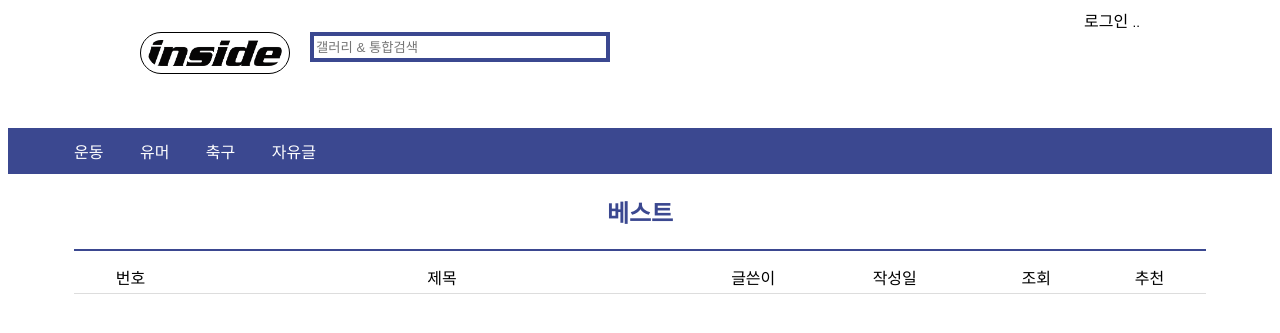
Repository: inhoo123/backup
Page: http://localhost/community-inside/index
The author's editor kept a copy of each file at every save. The page is drawn from the files as they stood at one save, then again after the next save.
The browser window is 1280 px wide. The pictures show the whole page.
Some web fonts or font styles are not loaded; a fallback is used. The page is served by Tomcat 10. Other server files are loaded and not shown.

Above is the page before, as saved 2024-06-27 04:03:56.

### web-workspace/community-inside/src/main/webapp/WEB-INF/view/index.jsp
<%@ page language="java" contentType="text/html; charset=UTF-8"
	pageEncoding="UTF-8"%>
<%@ page trimDirectiveWhitespaces="true"%>
<%@ taglib prefix="c" uri="http://java.sun.com/jsp/jstl/core"%>
<!DOCTYPE html>
<html>
<head>
<meta charset="UTF-8">
<title>${category}갤러리</title>
<link rel="stylesheet"
	href="${pageContext.servletContext.contextPath }/css/style.css?<%=System.currentTimeMillis() %>" />
</head>
<body>

	<%@ include file="/WEB-INF/view/common/header.jsp"%>
	<div class="container px-1"></div>
	<div class="container px-1">
		<div style="text-align: center;">
			<h2 style="color: #3b4890; font-weight: 700;">베스트</h2>
			<div style="margin-top: 10px; text-align: right;">


			</div>
			<table class="default-table">
				<thead>
					<tr class="border-bottom">
					<hr width = "100%" color = "#3b4890" size = "2">
						<th style="width: 10%">번호</th>
						<th>제목</th>
						<th style="width: 10%">글쓴이</th>
						<th style="width: 15%">작성일</th>
						<th style="width: 10%">조회</th>
						<th style="width: 10%">추천</th>

					</tr>
				</thead>
				<tbody>
					<div>
						<c:forEach items="${post}" var="one" >
							<tr style="border-bottom: 1px solid #ddd; height: 30px;">


								<td><a
									href="${pageContext.servletContext.contextPath }/posts/view?no=${one.no}"
									class="no-deco-link">${one.no } </a></td>
								<td><a
									href="${pageContext.servletContext.contextPath }/posts/view?no=${one.no}"
									class="no-deco-link">${one.title } </a></td>
								<td class="text-center">${one.writerId}</td>
								<td class="text-center">${one.writedAt}</td>
								<td class="text-center">${one.viewCount}</td>
								<td class="text-center">${one.likes}</td>


							</tr>
						</c:forEach>
					</div>
				</tbody>

			</table>
			<div style="text-align: center; margin-top: 30px">
				<c:forEach begin="1" end="${totalPages }" var="i">
					<c:choose>
						<c:when test="${i == currentPage }">
							<b style="color: red">${i }</b>
						</c:when>
						<c:otherwise>
							<a
								href="${pageContext.servletContext.contextPath }/index?p=${i}">${i }</a>
						</c:otherwise>
					</c:choose>
				</c:forEach>
			</div>

		</div>
	</div>

</body>
</html>

### web-workspace/community-inside/src/main/webapp/WEB-INF/view/common/header.jsp
<%@ page language="java" contentType="text/html; charset=UTF-8"
	pageEncoding="UTF-8"%>
<%@ taglib prefix="c" uri="http://java.sun.com/jsp/jstl/core"%>

<div class="dchead">

	<!-- links -->
	<div style="display: flex; justify-content: flex-end; gap: 2px;">
		<c:choose>
			<c:when test="${sessionScope.authUser == null }">
				<div>
					<a href="${pageContext.servletContext.contextPath }/login"
						>로그인 <small>..</small></a>
				</div>
			</c:when>
			<c:otherwise>
				<div>
					<a href="${pageContext.servletContext.contextPath }/login"
						> ${sessionScope.authUser.name }님 </a> <a
						href="${pageContext.servletContext.contextPath }/login"
						> 로그아웃</a>
				</div>
			</c:otherwise>
		</c:choose>
	</div>
	<!-- logo & searchbar -->
	<div
		style="display: flex;  gap: 20px;">

		<a href="${pageContext.servletContext.contextPath }/index"> <img
			src="${pageContext.servletContext.contextPath }/image/inside.png"
			style="border: 1px solid black; padding: 7px; width: 150px; background-color: white; border-radius: 32px;" />
		</a>
		<div >
					<form action="${pageContext.servletContext.contextPath }/search/view">
						<input class="search" type="text" placeholder="갤러리 & 통합검색" name="q"
							style="width: 300px;" value="${param.q }" />
					</form>
		</div>


	</div>
</div>
<div class="gnb_bar">
<div class="container px-1">
<div style="text-align: left;">
	<a href="${pageContext.servletContext.contextPath }/list/category?category=운동"
		><span style="color:white;  font-weight: 550;">운동</span></a>


		<a href="${pageContext.servletContext.contextPath }/list/category?category=유머"
		><span style="color:white;  font-weight: 550;">&emsp;&emsp;유머</span></a>


		<a href="${pageContext.servletContext.contextPath }/list/category?=category=축구"
		><span style="color:white;  font-weight: 550;">&emsp;&emsp;축구</span></a>


		<a href="${pageContext.servletContext.contextPath }/list/category?=자유글"
		><span  style="color:white;  font-weight: 550;">&emsp;&emsp;자유글</span></a>
		</div>
		</div>
</div>
<!-- 네비게이션 -->

### web-workspace/community-inside/src/main/java/controller/IndexController.java
package controller;

import java.io.IOException;

import jakarta.servlet.ServletException;
import jakarta.servlet.annotation.WebServlet;
import jakarta.servlet.http.HttpServlet;
import jakarta.servlet.http.HttpServletRequest;
import jakarta.servlet.http.HttpServletResponse;
import model.dao.PostDao;
import model.vo.Post;

@WebServlet("/index")
public class IndexController extends HttpServlet {
	@Override
	protected void doGet(HttpServletRequest request, HttpServletResponse response)
			throws ServletException, IOException {

		try {
			// =======================카테고리=======================================

//			PostDao postDao = new PostDao();
//			Post categorys = (Post) postDao.findByCategroyPosts(category);
//			request.setAttribute("categorys", categorys);
			// =======================================================================
				request.getRequestDispatcher("/WEB-INF/view/index.jsp").forward(request, response);


		} catch (Exception e) {
			e.printStackTrace();
		}
	}
}

### web-workspace/community-inside/src/main/webapp/css/style.css
@charset "UTF-8";

@import
	url('https://fonts.googleapis.com/css2?family=Nanum+Gothic&display=swap');

* {
	font-family: "Nanum Gothic", sans-serif;
  font-weight: 400;
  font-style: normal;
  box-sizing: border-box;
}

h1, h2, h3, h4, h5, h6 {
	font-weight: lighter;
}

.gnb_bar2 {
    position: relative;
    min-width: 1050px;
    background-color: #3b4890;
    border: 1px solid #3b4890;
    border-width: 1px 0 1px 0;
    padding: 10px;
}

.top{
	padding-top:100px;

}

.aa{
    font-size: 12px;
    font-family: -apple-system,BlinkMacSystemFont,"Apple SD Gothic Neo","Malgun Gothic","맑은 고딕",arial,Dotum,돋움,sans-serif;
    margin: 0;
    padding: 0;
    vertical-align: baseline;
    background: transparent;
    font-style: normal;
    position: relative;
    min-width: 1050px;
    background-color: #3b4890;
    border: 1px solid #3b4890;
    border-width: 1px 0 1px 0;
}
.gnb_bar {
    position: relative;
    min-width: 1050px;
    background-color: #3b4890;
    border: 1px solid #3b4890;
    border-width: 1px 0 1px 0;
    padding: 10px;
}

center{
	margin: 0 auto;

}


.search{
	height: 30px;
	width: 400px;
	border: 4px solid #3b4890;
	background: #ffffff;
}



.dc_logo {
    overflow: hidden;
    position: absolute;
    top: 20px;
    left: -43px;
    text-align: center;
}
.dchead {
    position: relative;
    width: 1000px;
    height: 120px;
    margin: 0 auto;
}

body {
	min-width: 960px;
}

.no-deco-link {
	color: #444;
	text-decoration: none;
}

.fs-small {
	font-size: 0.8rem;
}

.fs-large {
	font-size: 1.2rem;
}

.srch-bar {
	padding: 12px;
	border-radius: 12px;
	font-size: 1.1rem;
	width: 480px;
}

.login-input {
	padding: 16px;
	border: 1px solid #ddd;
	width: 100%;
	box-sizing: border-box;
	font-size: 1.25rem;
	border-radius: 20px;
}

/* table css ======================================== */
.default-table {
	border-collapse: collapse;
	width: 100%;
	margin-top:10px;
}
.border-bottom {
	border-bottom: 1px solid #ddd;
}
.default-table td, .default-table th {
	padding : 4px;
}
.text-center {
	text-align: center;
}



a {
	text-decoration: none;
}

input:focus {
	outline: none;
}

textare:focus, textarea:active {
	outline: none;
}

button:hover {
	background-color: #ddd;
	cursor: pointer;
}

button:active {
	background-color: #ccc;
	cursor: pointer;
}

/* 영역 사이즈 클래스 */
.container {
	width: 1140px;
	margin: auto;
}
.container2 {
	width: 1500px;
	margin: auto;
}

.wrap-md {
	width: 720px;
	margin: auto;
}

.wrap-sm {
	width: 540px;
	margin: auto;
}

.wrap-x-sm {
	width: 360px;
	margin: auto;
}

.d-flex {
	display: flex;
}

.space-between {
	justify-content: space-between;
}

/* 컴포넌트 너비 클래스 */
.w-50 {
	width: 50%;
}

.w-100 {
	width: 100%;
}
/* 컴포넌트 테두리 클래스 */
.border {
	border: 1px solid #999;
}

.border-rounded {
	border: 1px solid #999;
	border-radius: 4px;
}

/* 글씨 정렬 클래스 */
.text-left {
	text-align: left;
}

.text-center {
	text-align: center;
}

.text-right {
	text-align: right;
}

/* 글씨 색상 클래스 */
.warning {
	color: orangered;
}

.info {
	color: limegreen;
}


/* 뱃지 클래스 */
.badge-info {
	background-color:  limegreen;
	color: white;
	padding : 4px 8px;
	border-radius: 4px;
}
.badge-warning {
	background-color:  orangered;
	color: white;
	padding : 4px 8px;
	border-radius: 4px;
}
.badge-dark {
	background-color:  #333333;
	color: white;
	padding : 4px 8px;
	border-radius: 4px;
}


.fs-1 {
	font-size: 2rem;
}

.fs-2 {
	font-size: 1.5rem;
}

.fs-3 {
	font-size: 1.17rem;
}

.fs-4 {
	font-size: 1.0rem;
}

.fs-5 {
	font-size: 0.8rem;
}

.fs-6 {
	font-size: 0.65rem;
}
/* 글씨 색상 */

/* 기본 패딩 클래스 */
.p-1 {
	padding: 4px;
}

.p-2 {
	padding: 8px;
}

.p-3 {
	padding: 12px;
}

.p-4 {
	padding: 16px;
}

.p-5 {
	padding: 20px;
}

.px-1 {
	padding-left: 4px;
	padding-right: 4px;
}

.px-2 {
	padding-left: 8px;
	padding-right: 8px;
}

.px-3 {
	padding-left: 12px;
	padding-right: 12px;
}

.px-4 {
	padding-left: 16px;
	padding-right: 16px;
}

.px-5 {
	padding-left: 20px;
	padding-right: 20px;
}

/* 기본 마진 클래스 */
.mx-1 {
	margin: auto 4px;
}

.mx-2 {
	margin: auto 8px;
}

.mx-3 {
	margin: auto 12px;
}

.mx-4 {
	margin: auto 16px;
}

.mx-5 {
	margin: auto 20px;
}

.my-1 {
	margin: 4px auto;
}

.my-2 {
	margin: 8px auto;
}

.my-3 {
	margin: 12px auto;
}

.my-4 {
	margin: 16px auto;
}

.my-5 {
	margin: 20px auto;
}
/*
.item {
	box-shadow: 1px 2px 4px 1px #888888;
}
*/
.item:hover {
	background-color: #eee;
}

a {
	text-decoration: none;
	color: black;
}
.search {
  position: relative;
  width: 300px;
}

h1, h2, h3, h4, h5, h6 {
	font-weight: lighter;
}

body {
	min-width: 960px;
}

.no-deco-link {
	color: #444;
	text-decoration: none;
}

.fs-small {
	font-size: 0.8rem;
}

.fs-large {
	font-size: 1.2rem;
}

.srch-bar {
	padding: 12px;
	border-radius: 12px;
	font-size: 1.1rem;
	width: 480px;
}

.login-input {
	padding: 16px;
	border: 1px solid #ddd;
	width: 100%;
	box-sizing: border-box;
	font-size: 1.25rem;

}

.login-input2 {
	padding: 16px;
	border: 1px solid #ddd;
	background-color: #3b4890;
	width: 100%;
	box-sizing: border-box;
	font-size: 1.25rem;
	color:white;
}


/* table css ======================================== */
.default-table {
	border-collapse: collapse;
	width: 100%;
	margin-top:10px;
}
.border-bottom {
	border-bottom: 1px solid #ddd;
}
.default-table td, .default-table th {
	padding : 4px;
}
.text-center {
	text-align: center;
}

After the next save:
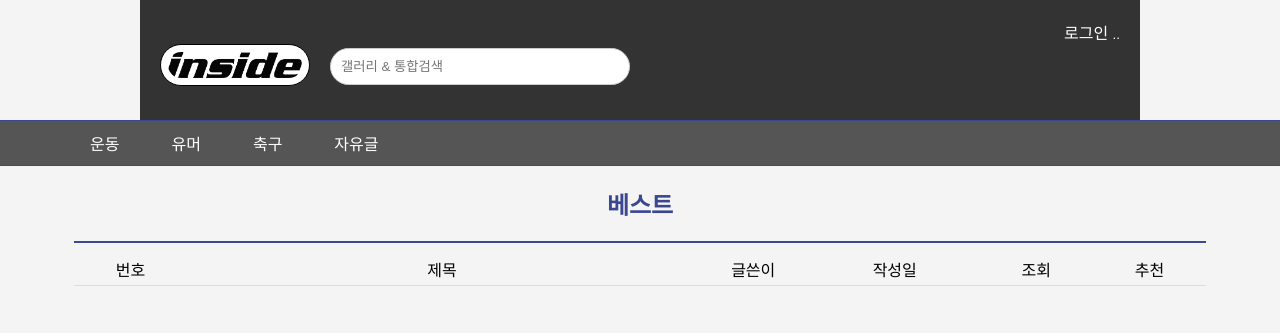
Saved 2 min 50 s later.
--- a/web-workspace/community-inside/src/main/webapp/WEB-INF/view/common/header.jsp
+++ b/web-workspace/community-inside/src/main/webapp/WEB-INF/view/common/header.jsp
@@ -2,63 +2,106 @@
 	pageEncoding="UTF-8"%>
 <%@ taglib prefix="c" uri="http://java.sun.com/jsp/jstl/core"%>
 
+<style>
+    body {
+        font-family: Arial, sans-serif;
+        margin: 0;
+        padding: 0;
+        background-color: #f4f4f4;
+    }
+    .dchead {
+        background-color: #333;
+        color: white;
+        padding: 20px;
+    }
+    .dchead a {
+        color: white;
+        text-decoration: none;
+    }
+    .dchead a:hover {
+        text-decoration: underline;
+    }
+    .dchead .links {
+        display: flex;
+        justify-content: flex-end;
+        gap: 10px;
+    }
+    .dchead .logo-search {
+        display: flex;
+        gap: 20px;
+        align-items: center;
+    }
+    .dchead .logo img {
+        border: 1px solid black;
+        padding: 7px;
+        width: 150px;
+        background-color: white;
+        border-radius: 32px;
+    }
+    .dchead .search-bar input {
+        width: 300px;
+        padding: 10px;
+        border: 1px solid #ccc;
+        border-radius: 20px;
+    }
+    .gnb_bar {
+        background-color: #555;
+        padding: 10px 0;
+    }
+    .gnb_bar .container {
+        display: flex;
+        justify-content: left;
+        padding: 0 20px;
+    }
+    .gnb_bar a {
+        color: white;
+        font-weight: 550;
+        margin-right: 20px;
+        text-decoration: none;
+    }
+    .gnb_bar a:hover {
+        text-decoration: underline;
+    }
+</style>
+
 <div class="dchead">
-
 	<!-- links -->
-	<div style="display: flex; justify-content: flex-end; gap: 2px;">
+	<div class="links">
 		<c:choose>
-			<c:when test="${sessionScope.authUser == null }">
+			<c:when test="${sessionScope.authUser == null}">
 				<div>
-					<a href="${pageContext.servletContext.contextPath }/login"
-						>로그인 <small>..</small></a>
+					<a href="${pageContext.servletContext.contextPath}/login">로그인 <small>..</small></a>
 				</div>
 			</c:when>
 			<c:otherwise>
 				<div>
-					<a href="${pageContext.servletContext.contextPath }/login"
-						> ${sessionScope.authUser.name }님 </a> <a
-						href="${pageContext.servletContext.contextPath }/login"
-						> 로그아웃</a>
+					<a href="${pageContext.servletContext.contextPath}/login">${sessionScope.authUser.name}님</a>
+					<a href="${pageContext.servletContext.contextPath}/login">로그아웃</a>
 				</div>
 			</c:otherwise>
 		</c:choose>
 	</div>
+
 	<!-- logo & searchbar -->
-	<div
-		style="display: flex;  gap: 20px;">
-
-		<a href="${pageContext.servletContext.contextPath }/index"> <img
-			src="${pageContext.servletContext.contextPath }/image/inside.png"
-			style="border: 1px solid black; padding: 7px; width: 150px; background-color: white; border-radius: 32px;" />
-		</a>
-		<div >
-					<form action="${pageContext.servletContext.contextPath }/search/view">
-						<input class="search" type="text" placeholder="갤러리 & 통합검색" name="q"
-							style="width: 300px;" value="${param.q }" />
-					</form>
+	<div class="logo-search">
+		<div class="logo">
+			<a href="${pageContext.servletContext.contextPath}/index">
+				<img src="${pageContext.servletContext.contextPath}/image/inside.png" />
+			</a>
 		</div>
-
-
+		<div class="search-bar">
+			<form action="${pageContext.servletContext.contextPath}/search/view">
+				<input type="text" placeholder="갤러리 & 통합검색" name="q" value="${param.q}" />
+			</form>
+		</div>
 	</div>
 </div>
+
 <div class="gnb_bar">
-<div class="container px-1">
-<div style="text-align: left;">
-	<a href="${pageContext.servletContext.contextPath }/list/category?category=운동"
-		><span style="color:white;  font-weight: 550;">운동</span></a>
-
-
-		<a href="${pageContext.servletContext.contextPath }/list/category?category=유머"
-		><span style="color:white;  font-weight: 550;">&emsp;&emsp;유머</span></a>
-
-
-		<a href="${pageContext.servletContext.contextPath }/list/category?=category=축구"
-		><span style="color:white;  font-weight: 550;">&emsp;&emsp;축구</span></a>
-
-
-		<a href="${pageContext.servletContext.contextPath }/list/category?=자유글"
-		><span  style="color:white;  font-weight: 550;">&emsp;&emsp;자유글</span></a>
-		</div>
-		</div>
+	<div class="container">
+		<a href="${pageContext.servletContext.contextPath}/list/category?category=운동">운동</a>
+		<a href="${pageContext.servletContext.contextPath}/list/category?category=유머">&emsp;&emsp;유머</a>
+		<a href="${pageContext.servletContext.contextPath}/list/category?category=축구">&emsp;&emsp;축구</a>
+		<a href="${pageContext.servletContext.contextPath}/list/category?category=자유글">&emsp;&emsp;자유글</a>
+	</div>
 </div>
-<!-- 네비게이션 -->

After the save that followed:
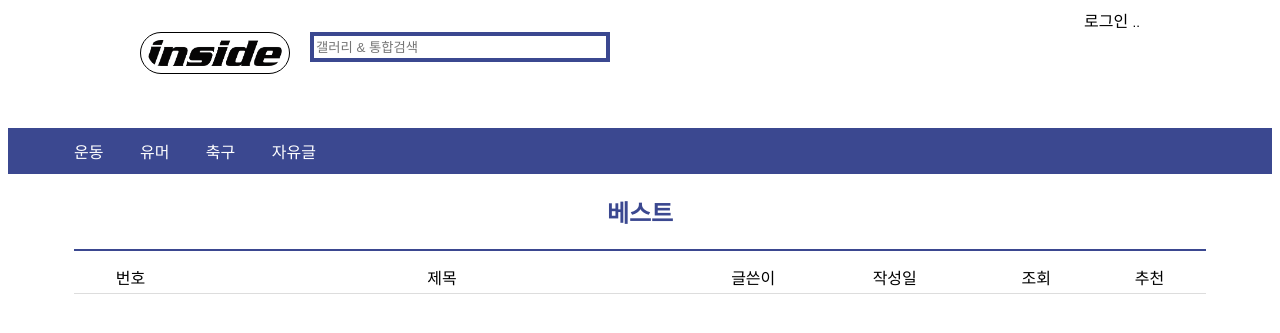
Saved 17 s later.
--- a/web-workspace/community-inside/src/main/webapp/WEB-INF/view/common/header.jsp
+++ b/web-workspace/community-inside/src/main/webapp/WEB-INF/view/common/header.jsp
@@ -2,106 +2,63 @@
 	pageEncoding="UTF-8"%>
 <%@ taglib prefix="c" uri="http://java.sun.com/jsp/jstl/core"%>
 
-<style>
-    body {
-        font-family: Arial, sans-serif;
-        margin: 0;
-        padding: 0;
-        background-color: #f4f4f4;
-    }
-    .dchead {
-        background-color: #333;
-        color: white;
-        padding: 20px;
-    }
-    .dchead a {
-        color: white;
-        text-decoration: none;
-    }
-    .dchead a:hover {
-        text-decoration: underline;
-    }
-    .dchead .links {
-        display: flex;
-        justify-content: flex-end;
-        gap: 10px;
-    }
-    .dchead .logo-search {
-        display: flex;
-        gap: 20px;
-        align-items: center;
-    }
-    .dchead .logo img {
-        border: 1px solid black;
-        padding: 7px;
-        width: 150px;
-        background-color: white;
-        border-radius: 32px;
-    }
-    .dchead .search-bar input {
-        width: 300px;
-        padding: 10px;
-        border: 1px solid #ccc;
-        border-radius: 20px;
-    }
-    .gnb_bar {
-        background-color: #555;
-        padding: 10px 0;
-    }
-    .gnb_bar .container {
-        display: flex;
-        justify-content: left;
-        padding: 0 20px;
-    }
-    .gnb_bar a {
-        color: white;
-        font-weight: 550;
-        margin-right: 20px;
-        text-decoration: none;
-    }
-    .gnb_bar a:hover {
-        text-decoration: underline;
-    }
-</style>
+<div class="dchead">
 
-<div class="dchead">
 	<!-- links -->
-	<div class="links">
+	<div style="display: flex; justify-content: flex-end; gap: 2px;">
 		<c:choose>
-			<c:when test="${sessionScope.authUser == null}">
+			<c:when test="${sessionScope.authUser == null }">
 				<div>
-					<a href="${pageContext.servletContext.contextPath}/login">로그인 <small>..</small></a>
+					<a href="${pageContext.servletContext.contextPath }/login"
+						>로그인 <small>..</small></a>
 				</div>
 			</c:when>
 			<c:otherwise>
 				<div>
-					<a href="${pageContext.servletContext.contextPath}/login">${sessionScope.authUser.name}님</a>
-					<a href="${pageContext.servletContext.contextPath}/login">로그아웃</a>
+					<a href="${pageContext.servletContext.contextPath }/login"
+						> ${sessionScope.authUser.name }님 </a> <a
+						href="${pageContext.servletContext.contextPath }/login"
+						> 로그아웃</a>
 				</div>
 			</c:otherwise>
 		</c:choose>
 	</div>
+	<!-- logo & searchbar -->
+	<div
+		style="display: flex;  gap: 20px;">
 
-	<!-- logo & searchbar -->
-	<div class="logo-search">
-		<div class="logo">
-			<a href="${pageContext.servletContext.contextPath}/index">
-				<img src="${pageContext.servletContext.contextPath}/image/inside.png" />
-			</a>
+		<a href="${pageContext.servletContext.contextPath }/index"> <img
+			src="${pageContext.servletContext.contextPath }/image/inside.png"
+			style="border: 1px solid black; padding: 7px; width: 150px; background-color: white; border-radius: 32px;" />
+		</a>
+		<div >
+					<form action="${pageContext.servletContext.contextPath }/search/view">
+						<input class="search" type="text" placeholder="갤러리 & 통합검색" name="q"
+							style="width: 300px;" value="${param.q }" />
+					</form>
 		</div>
-		<div class="search-bar">
-			<form action="${pageContext.servletContext.contextPath}/search/view">
-				<input type="text" placeholder="갤러리 & 통합검색" name="q" value="${param.q}" />
-			</form>
-		</div>
+
+
 	</div>
 </div>
+<div class="gnb_bar">
+<div class="container px-1">
+<div style="text-align: left;">
+	<a href="${pageContext.servletContext.contextPath }/list/category?category=운동"
+		><span style="color:white;  font-weight: 550;">운동</span></a>
 
-<div class="gnb_bar">
-	<div class="container">
-		<a href="${pageContext.servletContext.contextPath}/list/category?category=운동">운동</a>
-		<a href="${pageContext.servletContext.contextPath}/list/category?category=유머">&emsp;&emsp;유머</a>
-		<a href="${pageContext.servletContext.contextPath}/list/category?category=축구">&emsp;&emsp;축구</a>
-		<a href="${pageContext.servletContext.contextPath}/list/category?category=자유글">&emsp;&emsp;자유글</a>
-	</div>
+
+		<a href="${pageContext.servletContext.contextPath }/list/category?category=유머"
+		><span style="color:white;  font-weight: 550;">&emsp;&emsp;유머</span></a>
+
+
+		<a href="${pageContext.servletContext.contextPath }/list/category?=category=축구"
+		><span style="color:white;  font-weight: 550;">&emsp;&emsp;축구</span></a>
+
+
+		<a href="${pageContext.servletContext.contextPath }/list/category?=자유글"
+		><span  style="color:white;  font-weight: 550;">&emsp;&emsp;자유글</span></a>
+		</div>
+		</div>
 </div>
+<!-- 네비게이션 -->
